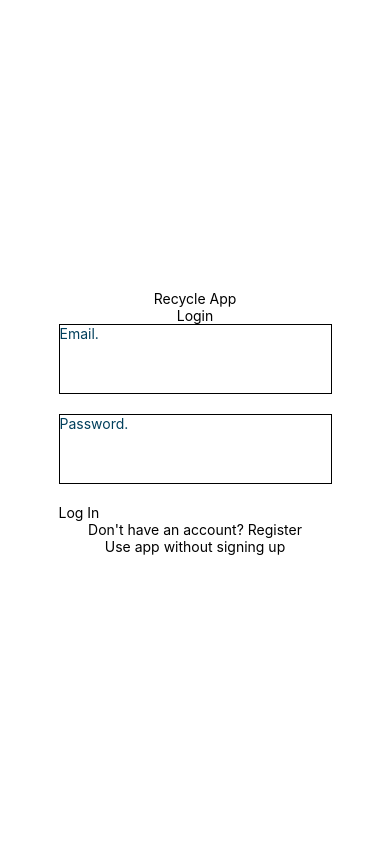
Repository: ct-pham/COMP4511
Screen: / (app in comp4511/)
The author's editor kept a copy of each file at every save. The screen is drawn from the files as they stood at one save, then again after the next save.
The app was drawn by React Native's web renderer in a window 390 px wide. The project was rebuilt for these pictures with package versions that can differ from the ones it lists, and the page was loaded fresh each time.

Above is the screen before, as saved 2022-11-07 15:35:44.

After the next save:
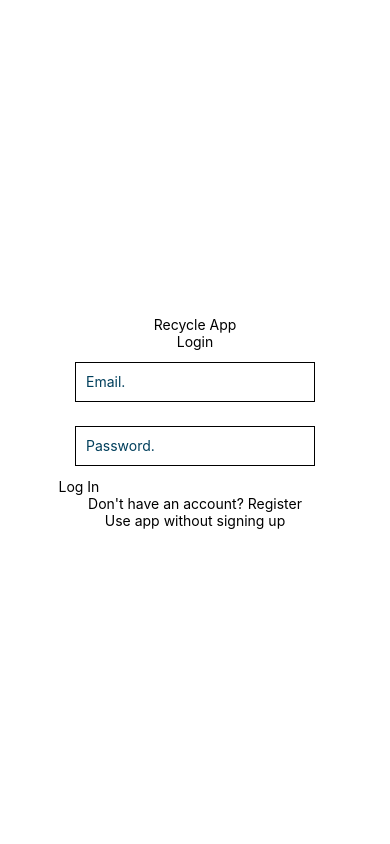
Saved 21 s later.
--- a/comp4511/Components/Login.js
+++ b/comp4511/Components/Login.js
@@ -60,9 +60,10 @@ const styles = StyleSheet.create({
         backgroundColor: '#ffffff',
         borderWidth: 1,
         borderColor: '#000000',
-        width: '70%',
-        height: 70,
-        marginBottom: 20,
+        height: 40,
+        margin: 12,
+        borderWidth: 1,
+        padding: 10,
     },
     button: {
         width: '70%',
